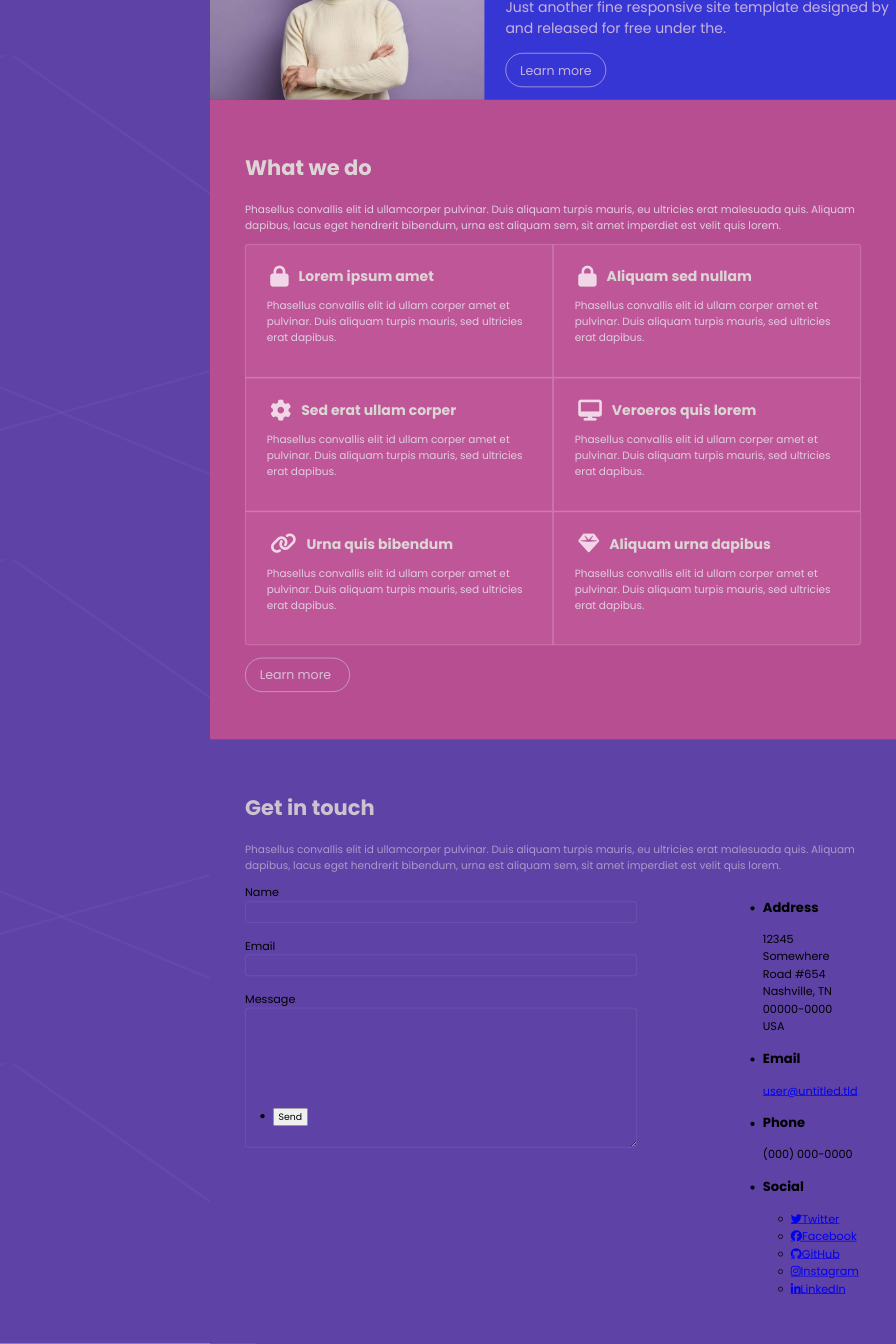
Repository: zai31/KIMIT_Tasks
Page: JsSession8/index.html
These files come from the project's save history. The page is drawn as it stood at one moment and after a run of saves; the edit follows.
The browser window is 1280 px wide. The pictures show the part of the page from y = 1361 to 3281 px (the page is 3281 px tall), at 70% of full size.
Backgrounds fixed to the window are drawn as part of the page.

Above is the page before, as saved 2025-09-15 22:51:05.

### JsSession8/index.html
<!DOCTYPE html>
<html lang="en">
<head>
    <meta charset="UTF-8">
    <meta name="viewport" content="width=device-width, initial-scale=1.0">
    <link rel="stylesheet" href="./css/style.css">
	<link href="https://cdnjs.cloudflare.com/ajax/libs/font-awesome/6.5.2/css/all.min.css" rel="stylesheet">

    <title>Responsive</title>
</head>

<body>
    <section  class="flex-section">
        <div class="menu">
        <ul>
            <li><a href="#">welcome</a></li>
            <li><a href="#">who are we</a></li>
            <li><a href="#">what we do</a></li>
            <li><a href="#">get in touch</a></li>
        </ul>
</div>
<div class="section">
    <div class="content">
      <div class="intro">
							<h1>Hyperspace</h1>
							<p>Just another fine responsive site template designed by <a href="https://html5up.net">HTML5 UP</a><br>
							and released for free under the <a href="https://html5up.net/license">Creative Commons</a>.</p>
							<button>Learn more</button>

						</div>
    <div class="overview">
        <div class="s" style="background-color: rgb(83, 83, 228);">
           <img src="./images/1.jpg" alt="">

							<div ><h1>Hyperspace</h1>
                                <p>Just another fine responsive site template designed by
							and released for free under the.</p>
							<button>Learn more</button></div>
        </div>
        <div class="s" style="background-color: rgb(69, 69, 226);">
            <img src="./images/2.jpg" alt="">
							<div >
                                           	<h1>Hyperspace</h1>
<p>Just another fine responsive site template designed by
							and released for free under the.</p>
							<button>Learn more</button></div>
        </div>
        <div class="s" style="background-color: rgb(54, 54, 213);">
            <img src="./images/3.jpg" alt="">
							<div >
                                           	<h1>Hyperspace</h1>
<p>Just another fine responsive site template designed by
							and released for free under the.</p>
							<button>Learn more</button></div>
        </div>
    <div class="what">
							<h2 style="font-size: 30px;">What we do</h2>
							<p>Phasellus convallis elit id ullamcorper pulvinar. Duis aliquam turpis mauris, eu ultricies erat malesuada quis. Aliquam dapibus, lacus eget hendrerit bibendum, urna est aliquam sem, sit amet imperdiet est velit quis lorem.</p>
							<div class="features">
								<section style="border-radius:5px 0px 0px 0 ;">
									<span style="color: rgba(255, 255, 255, 0.759); font-size: 30px;" class="fa-solid fa-lock"></span>
									<h3 >Lorem ipsum amet</h3>
									<p>Phasellus convallis elit id ullam corper amet et pulvinar. Duis aliquam turpis mauris, sed ultricies erat dapibus.</p>
								</section>
								<section style="border-radius:0 5px 0px 0 ;">
									<span style="color: rgba(255, 255, 255, 0.759); font-size: 30px;" class="fa-solid fa-lock"></span>
									<h3>Aliquam sed nullam</h3>
									<p>Phasellus convallis elit id ullam corper amet et pulvinar. Duis aliquam turpis mauris, sed ultricies erat dapibus.</p>
								</section>
								<section>
									<span style="color: rgba(255, 255, 255, 0.759); font-size: 30px;" class="fa-solid  fa-cog"></span>
									<h3>Sed erat ullam corper</h3>
									<p>Phasellus convallis elit id ullam corper amet et pulvinar. Duis aliquam turpis mauris, sed ultricies erat dapibus.</p>
								</section>
								<section>
									<span style="color: rgba(255, 255, 255, 0.759); font-size: 30px;" class="fa-solid fa-desktop"></span>
									<h3>Veroeros quis lorem</h3>
									<p>Phasellus convallis elit id ullam corper amet et pulvinar. Duis aliquam turpis mauris, sed ultricies erat dapibus.</p>
								</section>
								<section style="border-radius:0 0px 0px 5px  ;">
									<span class="fa-solid fa-link" style="color: rgba(255, 255, 255, 0.759); font-size: 30px;"></span>
									<h3>Urna quis bibendum</h3>
									<p>Phasellus convallis elit id ullam corper amet et pulvinar. Duis aliquam turpis mauris, sed ultricies erat dapibus.</p>
								</section>
								<section style="border-radius:0 0px 5px 0 ;">
									<span class="fa-solid fa-gem" style="color: rgba(255, 255, 255, 0.759); font-size: 30px;" ></span>
									<h3>Aliquam urna dapibus</h3>
									<p>Phasellus convallis elit id ullam corper amet et pulvinar. Duis aliquam turpis mauris, sed ultricies erat dapibus.</p>
								</section>
							</div>
							<ul class="actions">
								<li style="list-style: none;"><a href="generic.html" class="button" style="text-decoration: none; color: thistle;">Learn more</a></li>
							</ul>

    </div>
                        </div>
	<div class="form">
		<h2 style="font-size: 30px;">Get in touch</h2>
							<p>Phasellus convallis elit id ullamcorper pulvinar. Duis aliquam turpis mauris, eu ultricies erat malesuada quis. Aliquam dapibus, lacus eget hendrerit bibendum, urna est aliquam sem, sit amet imperdiet est velit quis lorem.</p>
							<div class="formS"><form action="">
								<div class="fields">

								<div class="row">

									<div class="field">
										<label for="name">Name</label>
										<input type="text" name="name" id="name" />
									</div>
									<div class="field">
										<label for="email">Email</label>
										<input type="email" name="email" id="email" />
									</div></div>
									<div class="field">
										<label for="message">Message</label>
										<textarea name="message" id="message" rows="3"></textarea>
									</div>
								</div>
								<ul class="actions">
									<li><input type="submit" value="Send" /></li>
								</ul>
							</form>
							<div class="line"></div>
							<section>
								<ul class="contact">
										<li>
											<h3>Address</h3>
											<span>12345 Somewhere Road #654<br>
											Nashville, TN 00000-0000<br>
											USA</span>
										</li>
										<li>
											<h3>Email</h3>
											<a href="#">user@untitled.tld</a>
										</li>
										<li>
											<h3>Phone</h3>
											<span>(000) 000-0000</span>
										</li>
										<li>
											<h3>Social</h3>
											<ul class="icons">
												<li><a href="#" class="fa-brands fa-twitter"><span class="label">Twitter</span></a></li>
												<li><a href="#" class="fa-brands fa-facebook"><span class="label">Facebook</span></a></li>
												<li><a href="#" class="fa-brands fa-github"><span class="label">GitHub</span></a></li>
												<li><a href="#" class="fa-brands fa-instagram"><span class="label">Instagram</span></a></li>
												<li><a href="#" class="fa-brands fa-linkedin-in"><span class="label">LinkedIn</span></a></li>
											</ul>
										</li>
									</ul>
							</section>
							</div>
	</div>
                        </div>
                    </section>
</body>
</html>

### JsSession8/CSS/style.css
@import url("https://fonts.googleapis.com/css2?family=Poppins:ital,wght@0,100;0,200;0,300;0,400;0,500;0,600;0,700;0,800;0,900;1,100;1,200;1,300;1,400;1,500;1,600;1,700;1,800;1,900&display=swap");

* {
    box-sizing: border-box;
    font-family: "Poppins", sans-serif;
}

:root {
    --sidebar-color: #312450;
    --primary-color: #5e42a6;
    --secondary-color: #b74e91;
    --section-bg-color: #c7b2dc;
    --dark-color: #000000;
    --navbar-bg-color: #273053;
    --p-color: #717275;
    --highlight-icon-color: #ff0100;
    --main-transition: 0.5s all ease-in-out;
}


html,
body {
    height: 100%;
    margin: 0;
    padding: 0;
}

.flex-section {
    display: flex;
    flex-direction: row;

}

/*side bar*/
.flex-section .menu {
    min-height: 100vh;
    /* ensures sidebar spans at least the full screen */
    height: auto;
    /* lets it grow with content */
    width: 300px;
    top: 0;
    left: 0;
    position: fixed;
    background-color: var(--sidebar-color);
    padding: 145px 30px;
    box-shadow: 0 0 10px rgba(0, 0, 0, 0.1);
}

.flex-section .menu ul {
    list-style: none;
    padding: 0;
    margin: 0;
    text-align: right;
}

.flex-section .menu ul li {
    margin-bottom: 10px;
    font-size: 20px;
    position: relative;
    /* needed for ::after positioning */
    padding-bottom: 10px;
}

.flex-section .menu ul li a {
    text-decoration: none;
    color: #8b82a1;

}

.flex-section .menu ul li::after {
    content: "";
    position: absolute;
    left: 0;
    bottom: 0;
    width: 100%;
    /* stick to the bottom */
    height: 2px;
    background-color: #8b82a1;
    /* thickness of underline */
    transition: width 0.3s ease;
}

/*use js*/
.flex-section .menu ul li a:hover::after {
    width: 100%;
    /* expand underline on hover */
}


.flex-section .menu ul li a:hover {
    color: #b5b8bf;
}

.flex-section .menu ul li a:active {
    color: #5e42a6;
}

.flex-section .menu ul li a:active::after {
    background: linear-gradient(to right, #4b0082, #8b00ff, #981196);
}






/*content first section */
.flex-section .section {
    flex: 1;
    background-color: var(--section-bg-color);
    background-attachment: fixed;
    background-image: url("../assets/css/images/Screenshot\ 2025-09-15\ 075920.png");
    background-position: top right;
    background-repeat: no-repeat;
    background-size: 100% 100%;
    padding-left: 300px;
}

.flex-section .section .content {
    display: flex;
    flex-direction: column;
    width: 100%;
}

.flex-section .section .content .intro {
    padding: 100px;
    width: 100%;
    height: 100vh;
}

.flex-section .section .content .intro h1 {
    color: rgb(221, 213, 213);
    font-size: 50px;
}

.flex-section .section .content .intro p,
.flex-section .section .content .intro a {
    color: var(--section-bg-color);
    font-size: 20px;
}

.flex-section .section .content .intro a:hover {
    color: #fefefe;
    text-decoration: none;
}

.flex-section .section .content .intro button {
    color: var(--section-bg-color);
    background-color: transparent;
    border: 1px solid var(--section-bg-color);
    padding: 10px 20px;
    border-radius: 25px;
    cursor: pointer;
    text-decoration: none;
    font-size: 18px;
}

.flex-section .section .content .intro button:hover {
    background-color: #6f54b6;
}




/*content second section */

.flex-section .section .content .overview .s {
    display: flex;
    flex-direction: row;
    align-items: center;
    gap: 30px;
}

.flex-section .section .content .overview .s h1 {
    color: rgb(221, 213, 213);
    font-size: 30px;
}

.flex-section .section .content .overview .s p {
    color: var(--section-bg-color);
    font-size: 20px;
}

.flex-section .section .content .overview .s button {
    color: var(--section-bg-color);
    background-color: transparent;
    border: 1px solid var(--section-bg-color);
    padding: 10px 20px;
    border-radius: 25px;
    cursor: pointer;
    text-decoration: none;
    font-size: 18px;
}

.flex-section .section .content .overview .s button:hover {
    background-color: rgb(77, 77, 246);
}

.flex-section .section .content .overview .s img {
    width: 40%;
}

/*what section*/

.flex-section .section .content .what {
    padding: 50px;
    width: 100%;
    background-color: var(--secondary-color);
}

.flex-section .section .content .what h3,
.flex-section .section .content .what h2 {
    color: rgb(221, 213, 213);
    font-size: 20px;
}
.flex-section .section .content .what p {
    color: #e0cee1;
    font-size: 15px;
}

.flex-section .section .content .what .features{
    display: flex;
    flex-direction: row;
    flex-wrap: wrap;
    background-color: #be5698;


}
.flex-section .section .content .what .features section {
 flex: 1 1 50%;     /* grow/shrink, ~half width with gap */
 border: 0.5px solid rgba(255, 255, 255, 0.248);
 box-sizing: border-box;
 padding: 30px;

}
.flex-section .section .content .what .actions {
   color: var(--section-bg-color);
    background-color: transparent;
    border: 1px solid var(--section-bg-color);
    padding: 10px 20px;
    border-radius: 25px;
    cursor: pointer;
    text-decoration: none;
    font-size: 18px;
    width: 150px;
}

 .what .actions:hover {
    background-color: rgb(212, 107, 177);
}
.features section span,
.features section h3 {
  display: inline-block;
  vertical-align: middle;
  margin: 0 5px;
}

/*form*/

.form {
    padding: 50px;
    width: 100%;
    background-color: var(--primary-color);

}
.form .formS
{
   display: flex;
   flex-direction: row;
}
.form h2 {
    color: rgba(221, 213, 213, 0.873);
    font-size: 30px;
}
.form p {
    color: #e0cee19d;
    font-size: 15px;
}
 .fields {
    display: flex;
    flex-direction: row;
    flex-wrap: wrap;
    width: 80%;
    border-radius: 10px;
    height: 50%;
    gap: 20px;
}

.field {
  display: flex;
  flex-direction: column;
  flex: 1; /* make name and email share equal width */
}
.field input, .field textarea{
    background-color: transparent;
    border: 1px solid #e0cee127;
    border-radius: 5px;
    cursor: pointer;
    text-decoration: none;
    font-size: 18px;
    color: #e0cee19d;
}

.contact-info {
  flex: 1; /* right side column */
  color: #e0cee19d;
}

.form .fields .row {
    display: flex;
    flex-direction: row;
    flex-wrap: wrap;
    width: 100%;
    gap: 20px;}

    .field textarea
    {
        height: 200px;
    }

After the next 3 saves:
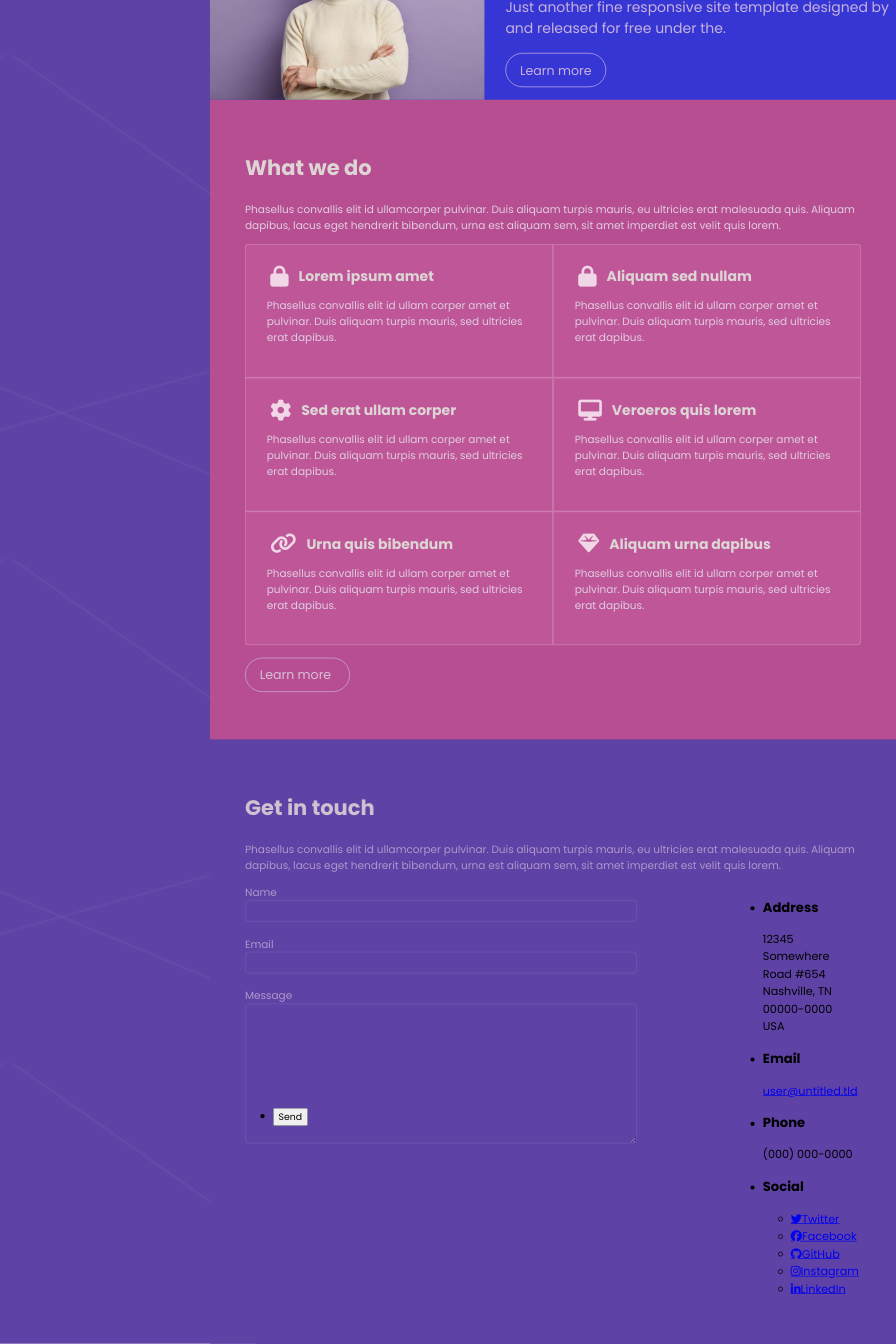
The 3 saves are shown as one change because they came seconds apart.
The last was saved 41 s later.
--- a/JsSession8/CSS/style.css
+++ b/JsSession8/CSS/style.css
@@ -300,7 +300,10 @@ body {
     font-size: 18px;
     color: #e0cee19d;
 }
-
+.field label {
+    color: #e0cee19d;
+    font-size: 15px;
+}
 .contact-info {
   flex: 1; /* right side column */
   color: #e0cee19d;
